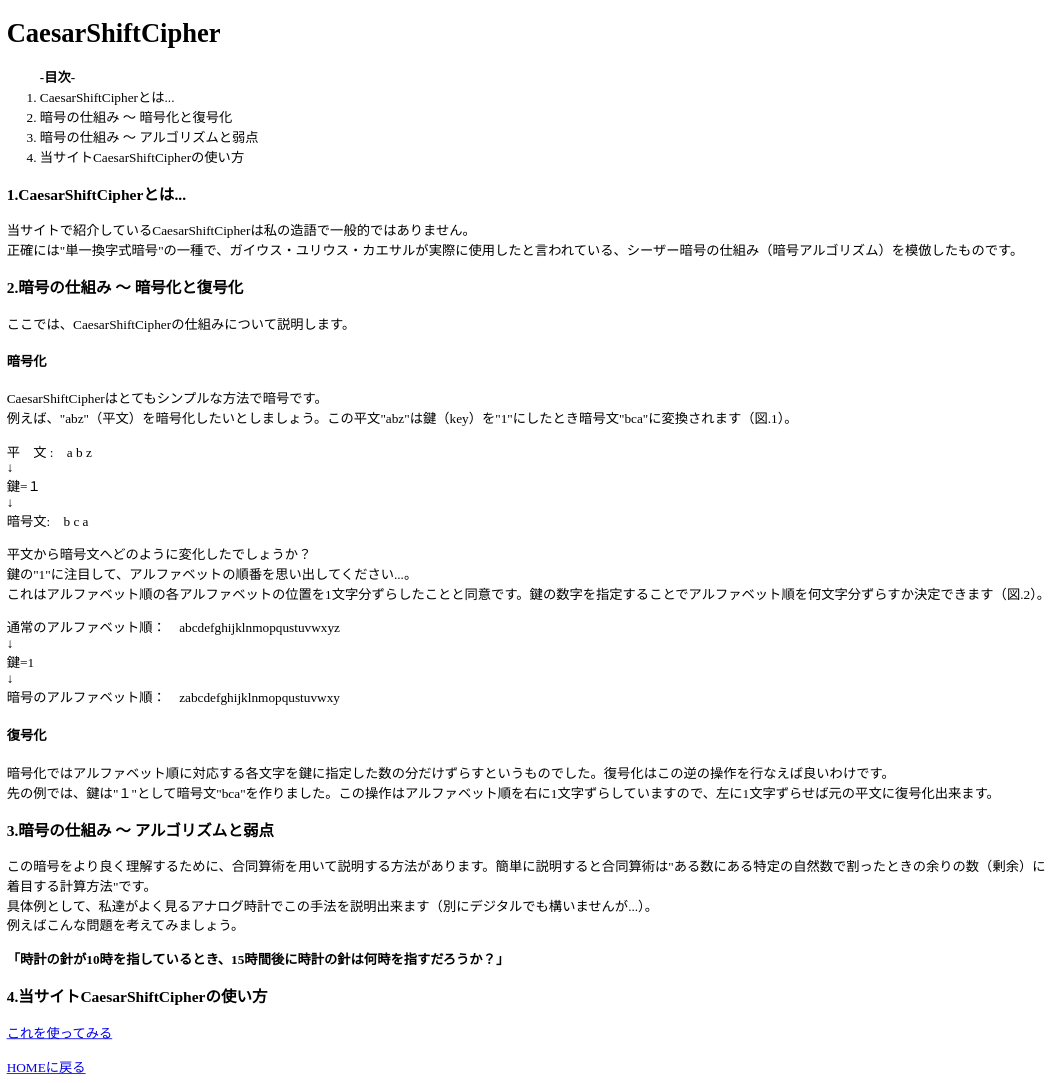
Repository: RantaWatari/TEST
Page: http://localhost/CipherProject/CipherMore?page=1
These files come from the project's save history. The page is drawn as it stood at one moment and after the next save; the edit follows.
The browser window is 1280 px wide. The pictures show the whole page, at 83% of full size.
The page is served by Tomcat 9.

Above is the page before, as saved 2017-07-25 06:52:30.

After the next save:
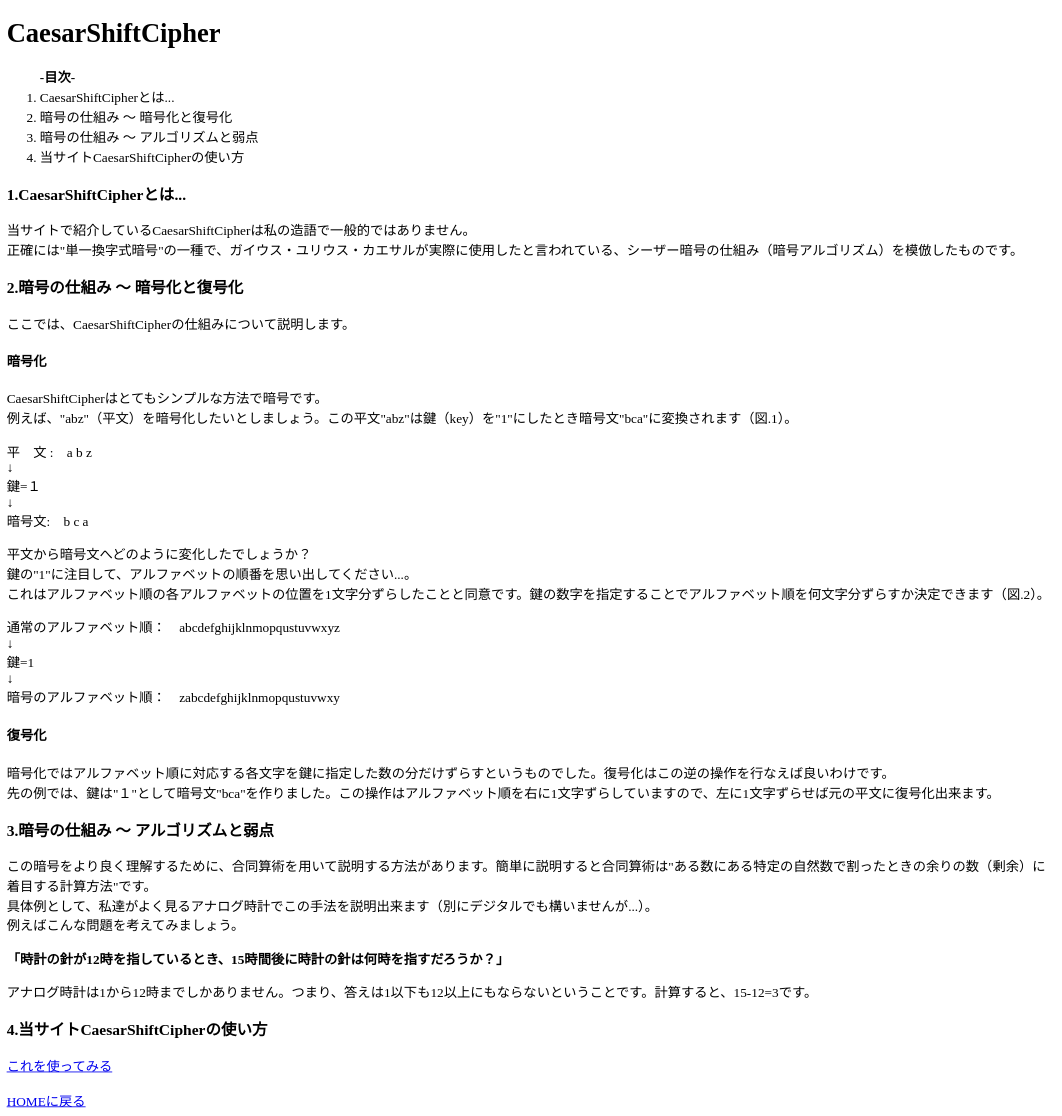
Saved 7 min 50 s later.
--- a/CipherProject/WebContent/WEB-INF/jsp/CaesarShiftCipher.jsp
+++ b/CipherProject/WebContent/WEB-INF/jsp/CaesarShiftCipher.jsp
@@ -36,8 +36,8 @@
 	<p>この暗号をより良く理解するために、合同算術を用いて説明する方法があります。簡単に説明すると合同算術は"ある数にある特定の自然数で割ったときの余りの数（剰余）に着目する計算方法"です。<br>
 		具体例として、私達がよく見るアナログ時計でこの手法を説明出来ます（別にデジタルでも構いませんが...）。<br>
 		例えばこんな問題を考えてみましょう。</p>
-		<strong>「時計の針が10時を指しているとき、15時間後に時計の針は何時を指すだろうか？」</strong>
-	<p></p>
+		<strong>「時計の針が12時を指しているとき、15時間後に時計の針は何時を指すだろうか？」</strong>
+	<p>アナログ時計は1から12時までしかありません。つまり、答えは1以下も12以上にもならないということです。計算すると、15-12=3です。</p>
 
 <h3>4.当サイトCaesarShiftCipherの使い方</h3>
 	<p></p>
